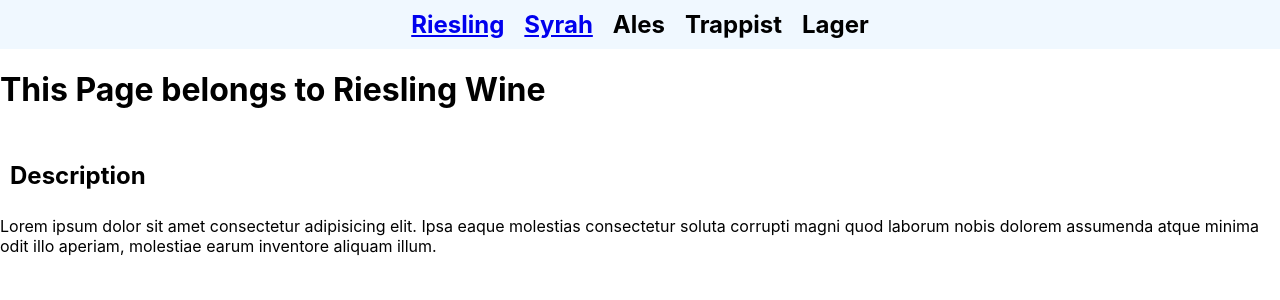
Repository: portretrieve/react-practice
Page: /
These files come from the project's save history. The page is drawn as it stood at one moment and after the next save; the edit follows.
The browser window is 1280 px wide. The pictures show the whole page.
The project was rebuilt for these pictures with package versions that can differ from the ones it lists, and the page was loaded fresh each time. Also part of the build but not shown: src/wines/Syrah.js, src/beers/Ale.js, src/beers/Lager.js, src/beers/Trappist.js.

Above is the page before, as saved 2021-08-26 19:11:46.

After the next save:
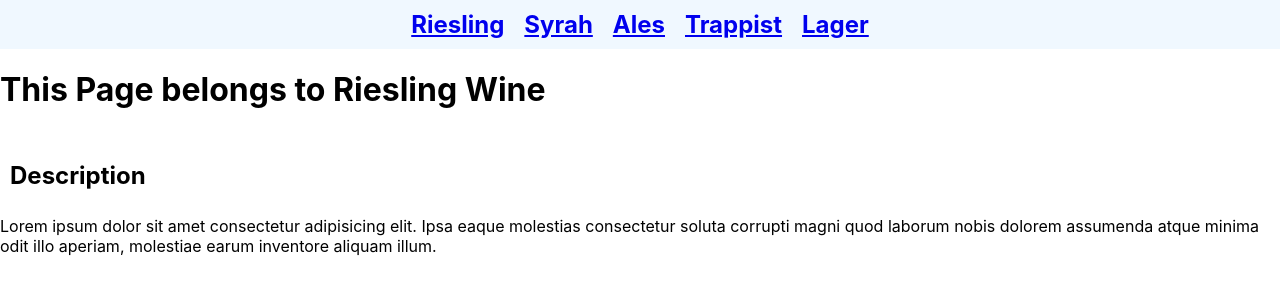
Saved 56 s later.
--- a/src/navigation/Header.js
+++ b/src/navigation/Header.js
@@ -6,14 +6,20 @@ function Header() {
     <header className={classes.header}>
       <nav>
         <h2>
-          <a href="/">Riesling</a>{" "}
+          <a href="/">Riesling</a>
         </h2>
         <h2>
-          <a href="/syrah">Syrah</a>{" "}
+          <a href="/syrah">Syrah</a>
         </h2>
-        <h2>Ales</h2>
-        <h2>Trappist</h2>
-        <h2>Lager</h2>
+        <h2>
+          <a href="/ales">Ales</a>
+        </h2>
+        <h2>
+          <a href="/trappist">Trappist</a>
+        </h2>
+        <h2>
+          <a href="/lager">Lager</a>
+        </h2>
       </nav>
     </header>
   );
